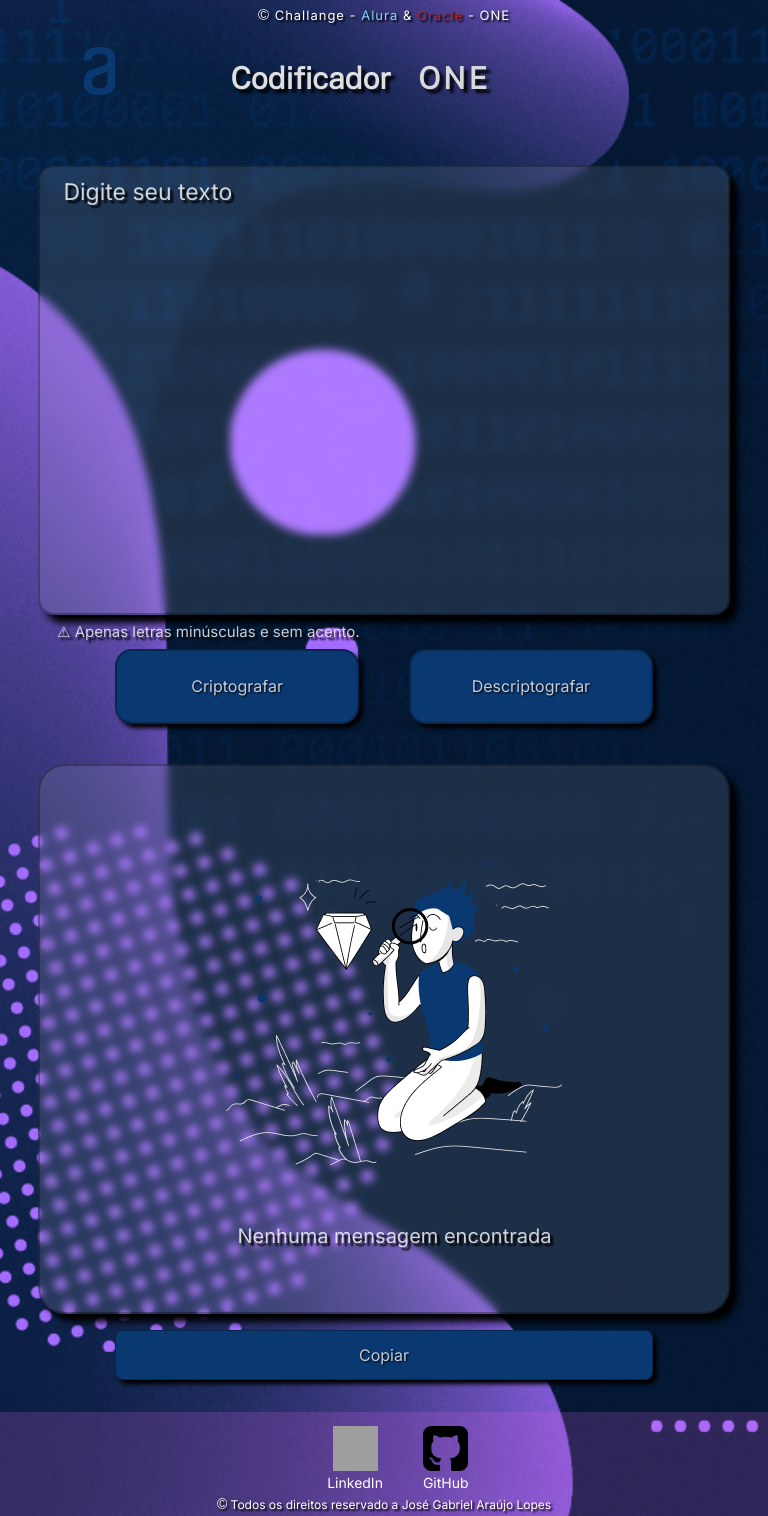
Repository: GabbrielLopes/Decodificador-ONE-Challange-Alura
Page: index.html
An editor plug-in stored every save of this project. The page is shown before and after the next save, followed by the edit.
The browser window is 768 px wide. The pictures show the whole page.
Pictures or frames that could not be fetched are drawn as grey boxes.

Above is the page before, as saved 2022-05-11 23:22:37.

After the next save:
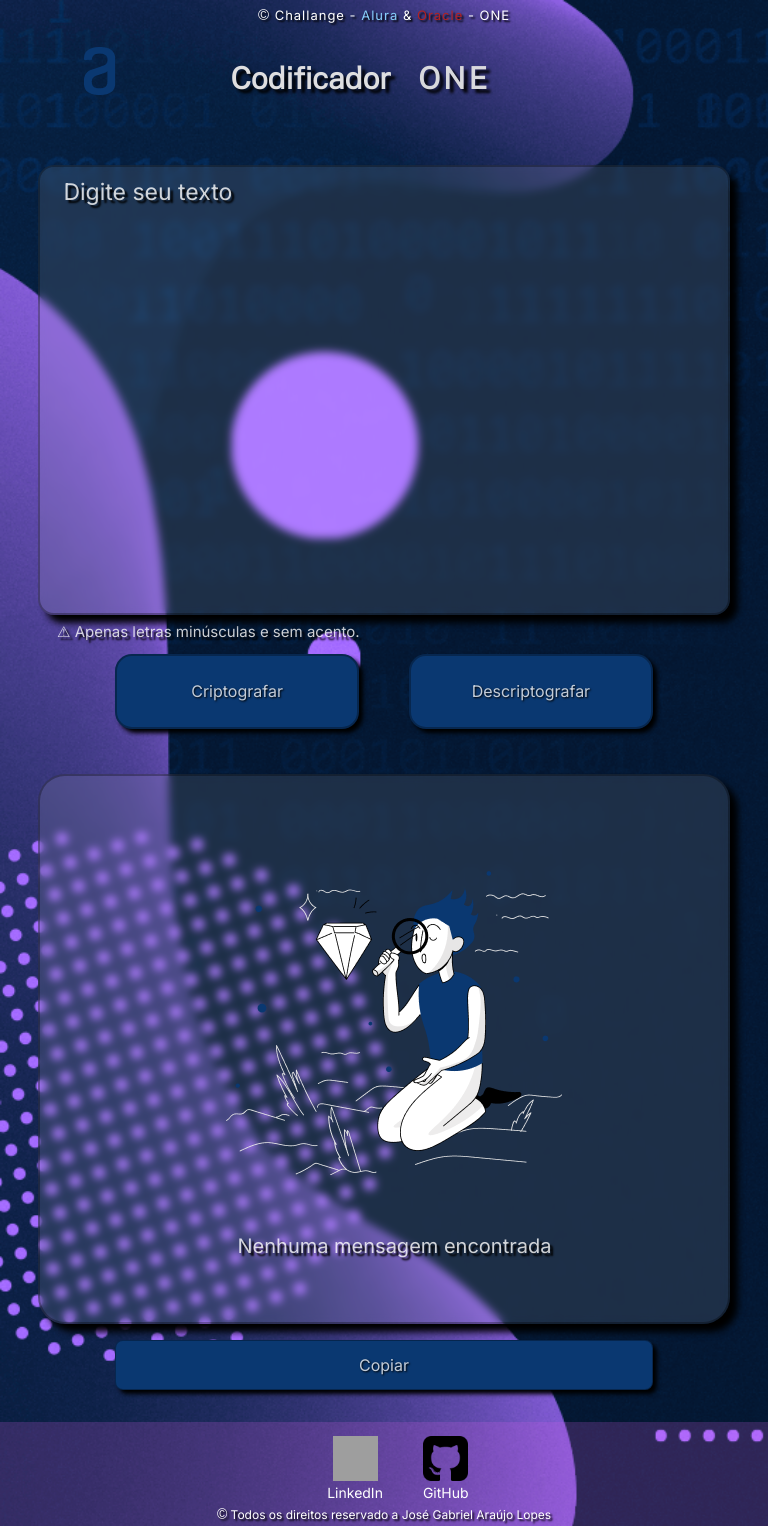
Saved 5 s later.
--- a/css/media.css
+++ b/css/media.css
@@ -30,7 +30,7 @@
     }
 
     .botoes {
-        margin: 10px 15%;
+        margin: 15px 15%;
         max-width: 80%;
     }
 
